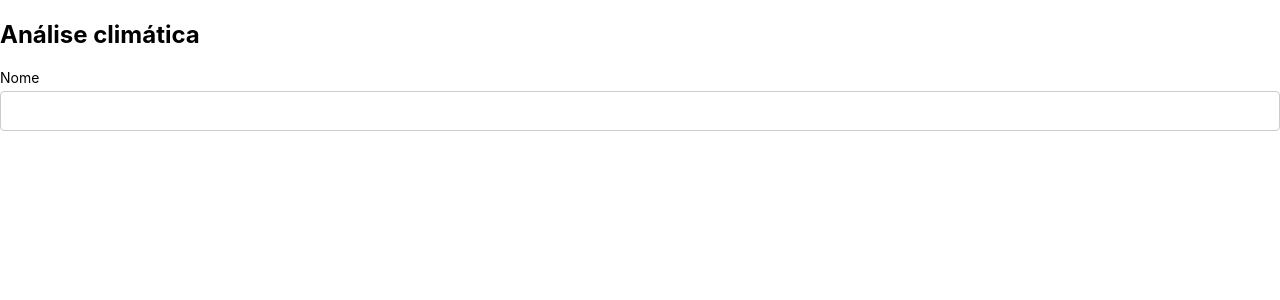
Repository: yurilemos/climate-check
Page: /
The author's editor kept a copy of each file at every save. The page is drawn from the files as they stood at one save, then again after the next save.
The browser window is 1280 px wide. The pictures show the whole page.
The project was rebuilt for these pictures with package versions that can differ from the ones it lists, and the page was loaded fresh each time. Also part of the build but not shown: src/App.css, src/pages/notFound/index.jsx.

Above is the page before, as saved 2023-05-19 16:31:32.

### src/App.js
import "./App.css";
import { Router } from "./router";

function App() {
  return <Router />;
}

export default App;

### src/router/index.jsx
import React from 'react';
import { BrowserRouter, Routes, Route } from 'react-router-dom';
import { Home } from '../pages/home';
import { NotFound } from '../pages/notFound';


export const Router = () => {
  return (
    <BrowserRouter>
      <Routes>
        <Route path="/" element={<Home />} />
        <Route path="*" element={<NotFound />} />
      </Routes>
    </BrowserRouter>
  );
};

### src/pages/home/index.jsx
import React from "react";
import CustomInput from "../../components/custumInput";


export const Home = () => {

  return (
    <div>
      <h2>Análise climática</h2>
      <CustomInput/>

    </div>
  );
};

### src/components/custumInput/index.jsx
import React from 'react';
import './style.css'

const CustomInput = () => {
  return (
    <div className="custom-input">
      <label htmlFor="custom-input">Nome</label>
      <input id="custom-input" type="text" />
    </div>
  );
};

export default CustomInput;

### src/components/custumInput/style.css
.custom-input {
  display: flex;
  flex-direction: column;
  margin-bottom: 20px;
}

.custom-input label {
  font-size: 14px;
  margin-bottom: 5px;
}

.custom-input input {
  padding: 10px;
  border: 1px solid #ccc;
  border-radius: 4px;
  font-size: 16px;
}

### src/components/card/index.jsx
import React from 'react';
import './style.css'

const Card = ({children}) => {
  return (
    <div className="card-component">
      {children}
    </div>
  );
};

export default Card;

### src/components/card/style.css
.card-component {
  padding: 1rem;
  color: #FBEAEB;
}

Loaded but not shown: public/index.html (common file); src/index.js (common file); src/index.css (common file); src/reportWebVitals.js (common file)

After the next save:
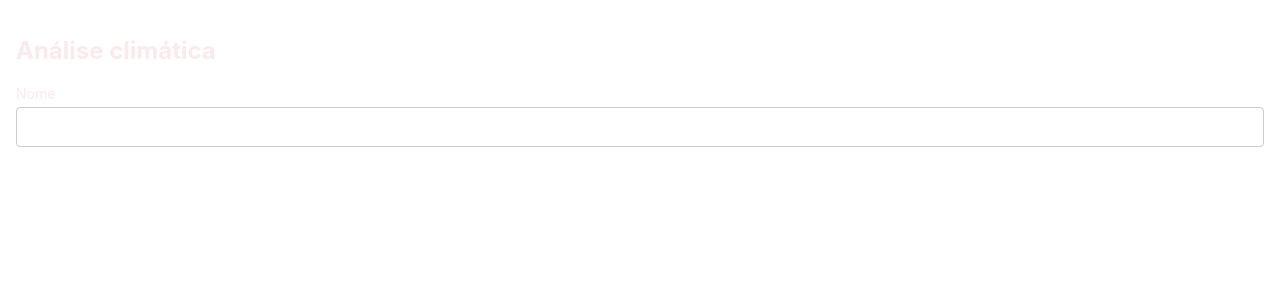
Saved 20 s later.
--- a/src/pages/home/index.jsx
+++ b/src/pages/home/index.jsx
@@ -1,14 +1,15 @@
 import React from "react";
 import CustomInput from "../../components/custumInput";
+import Card from "../../components/card";
 
 
 export const Home = () => {
 
   return (
-    <div>
+    <Card>
       <h2>Análise climática</h2>
       <CustomInput/>
 
-    </div>
+    </Card>
   );
 };
